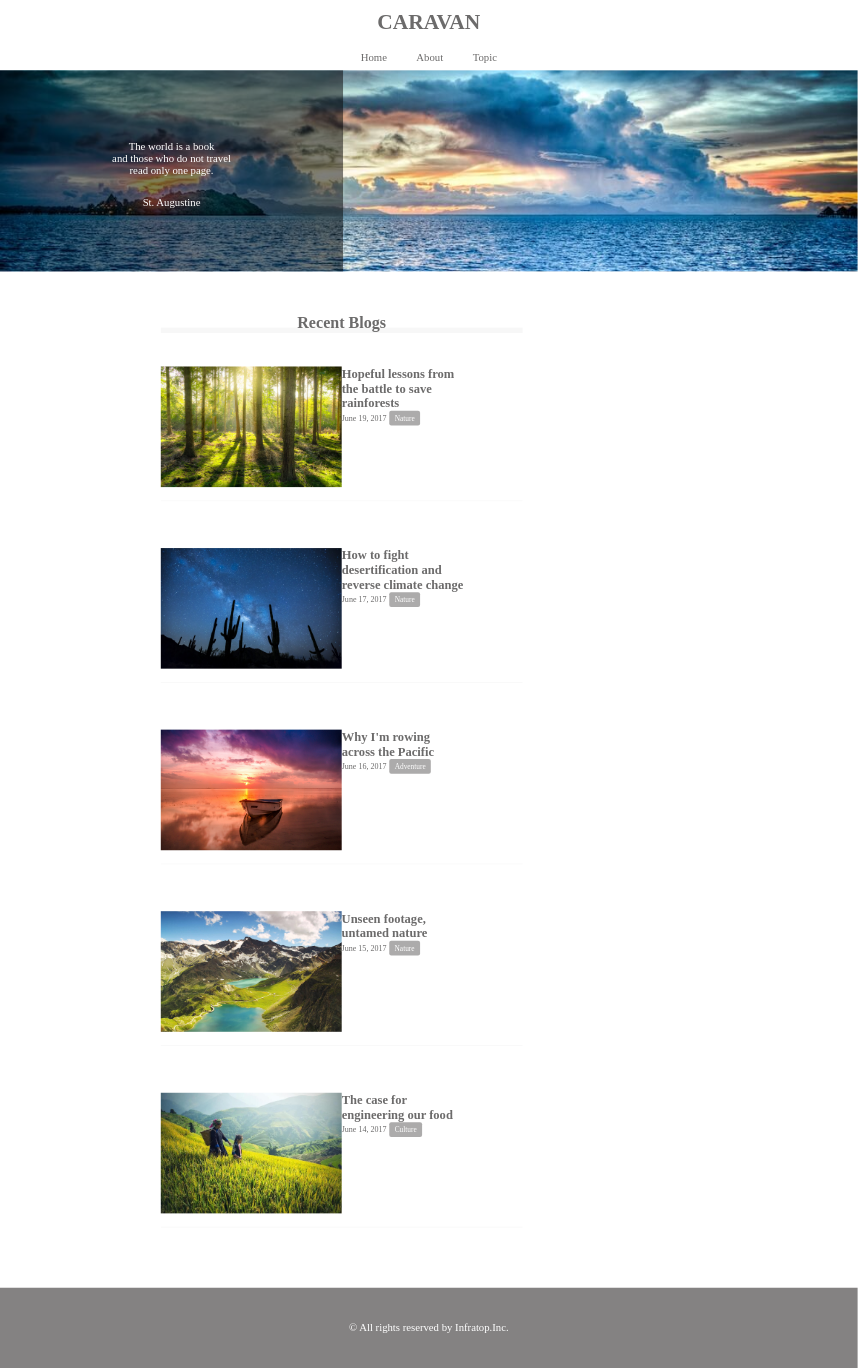
Repository: TKCitoh/html-5-
Page: html 7章/index.html
The author's editor kept a record of every edit. The page is drawn from the files as they stood at one moment, then again after the next edit.
The browser window is 1280 px wide. The pictures show the whole page, at 67% of full size.

Above is the page before.

### html 7章/index.html
<!DOCTYPE html>
<html lang="ja">
  <head>
    <meta charset="UTF-8" />
    <!-- CSSファイルの読み込み -->
    <link rel="stylesheet" href="style.css" />
    <title>CARAVAN</title>
  </head>

  <body>
    <!-- header -->
    <header>
      <h1 class="heading">
        <a href="index.html">
          CARAVAN
        </a>
      </h1>
    </header>

    <!-- navigation -->
    <nav>
      <ul class="nav-list">
        <li class="nav-list-item">
          <a href="index.html">Home</a>
        </li>
        <li class="nav-list-item">About</li>
        <li class="nav-list-item">Topic</li>
      </ul>
    </nav>

    <!-- main-visual用のdiv -->
    <div class="main-visual">
      <div class="main-visual-content">
        <p class="main-visual-text">
          The world is a book<br>
          and those who do not travel<br>
          read only one page.
        </p>
        <p class="main-visual-name">
          St. Augustine
        </p>
      </div>
    </div>

    <!-- main用のdiv -->
    <main>
      <section class="blog">

        <h2 class="blog-heading">Recent Blogs</h2>

        <div class="blog-box">

         <div class="blog-item">

          <img class="blog-image" src="img/forest.jpg">

          <section class="blog-text">

            <h3 class="blog-text-heading">

              <a href="single.html">
                Hopeful lessons from<br>
                the battle to save<br>
                rainforests
              </a>

            </h3>

            <p class="blog-date">June 19, 2017</p>

            <span class="category">Nature</span>

            </section>

            </div>

            </div>

              <div class="blog-item">
            <img class="blog-image" src="img/desert.jpg" />
            <section class="blog-text">
              <h3 class="blog-text-heading">
                <a href="single.html">
                  How to fight<br>
                  desertification and<br>
                  reverse climate change
                </a>
              </h3>
              <p class="blog-date">June 17, 2017</p>
              <span class="category">Nature</span>
            </section>
          </div>
          <div class="blog-item">
            <img class="blog-image" src="img/sunset.jpg" />
            <section class="blog-text">
              <h3 class="blog-text-heading">
                <a href="single.html">
                  Why I'm rowing<br>
                  across the Pacific
                </a>
              </h3>
              <p class="blog-date">June 16, 2017</p>
              <span class="category">Adventure</span>
            </section>
          </div>
          <div class="blog-item">
            <img class="blog-image" src="img/italy.jpg" />
            <section class="blog-text">
              <h3 class="blog-text-heading">
                <a href="single.html">
                  Unseen footage,<br>
                  untamed nature
                </a>
              </h3>
              <p class="blog-date">June 15, 2017</p>
              <span class="category">Nature</span>
            </section>
          </div>
          <div class="blog-item">
            <img class="blog-image" src="img/asia.jpg" />
            <section class="blog-text">
              <h3 class="blog-text-heading">
                <a href="single.html">
                  The case for<br>
                  engineering our food
                </a>
              </h3>
              <p class="blog-date">June 14, 2017</p>
              <span class="category">Culture</span>
            </section>
          </div>
        </div>

          </section>

      <div class="sidebar"></div>
    </main>

    <!-- footer -->
    <footer>
      <p class="footer-text">© All rights reserved by Infratop.Inc.</p>
    </footer>
  </body>
</html>

### html 7章/style.css
/* ブラウザがそれぞれ持っているCSSをリセットするための記述 */
* {
  margin: 0;
  padding: 0;
  box-sizing: border-box;
  color: #6c6b6b;
}

a {
  text-decoration: none;
}

header {
  width: 90%; /* 横幅90% */
  padding: 15px 0;
  margin: 0 auto;
  text-align: center;
}

header .heading {
  /* headerタグ内のheadingクラスにのみ反映される */
  font-size: 32px;
}

.nav-list {
  text-align: center;
  padding: 10px 0;
  margin: 0 auto;
}

.nav-list-item {
  list-style: none;
  display: inline-block;
  margin: 0 20px;
}

.main-visual {
  width: 100%; /* 横幅いっぱい */
  height: 300px; /* 高さ300px */
  background-image: url(img/mv.jpg);
  background-size: cover; /* 縦横比を維持したまま背景領域を埋め尽くす */
  background-position: center; /* 背景画像を中央に配置 */
}

.main-visual-content {
  width: 40%; /* 横幅40% */
  height: 300px; /* 親の高さに揃える */
  background-color: rgba(0, 0, 0, 0.5); /* 背景色を半透明の黒にする */
  text-align: center; /* 文字を中央揃えにする */
  padding-top: 105px; /* 上側の内側余白で垂直方向の位置を調整 */
}

.main-visual-text {
  color: #fff; /* 文字色を白に変更 */
}

.main-visual-name {
  margin-top: 30px; /* 上側の外側の余白 */
  color: #fff; /* 文字色を白に変更 */
}

main {
  width: 800px; /* 横幅800px */
  display: flex; /* Flexboxの利用 */
  justify-content: center; /* 要素の横並び・中央寄せ */
  margin: 0 auto; /* 要素の中央揃え */
  padding: 70px 0; /* 上下に70px、左右に0pxの内側余白 */
}

.blog {
  width: 540px;
  margin-right: 30px; /* 領域の右側余白 */
}

.blog-heading {
  border-bottom: 8px solid #f7f7f7;
  text-align: center;
  line-height: 0.6;
}

.blog-item {
  padding-bottom: 20px;
  margin-bottom: 20px;
  border-bottom: 1px solid #f7f7f7;
  display: flex;
  justify-content: flex-start;
  padding-top: 50px;
}

.blog-image {
  height: 180px;
}

.blog-date {
  font-size: 12px;
  display: inline-block;
}

.category {
  display: inline-block;
  padding: 5px 8px;
  background-color: #acabab;
  border-radius: 3px;
  color: #fff;
  font-size: 11px;
}

.sidebar {
  width: 230px;
}

footer {
  width: 100%;
  height: 120px;
  text-align: center;
  line-height: 120px;
  background-color: #848282;
}

.footer-text {
  color: #fff;
}

After the next edit:
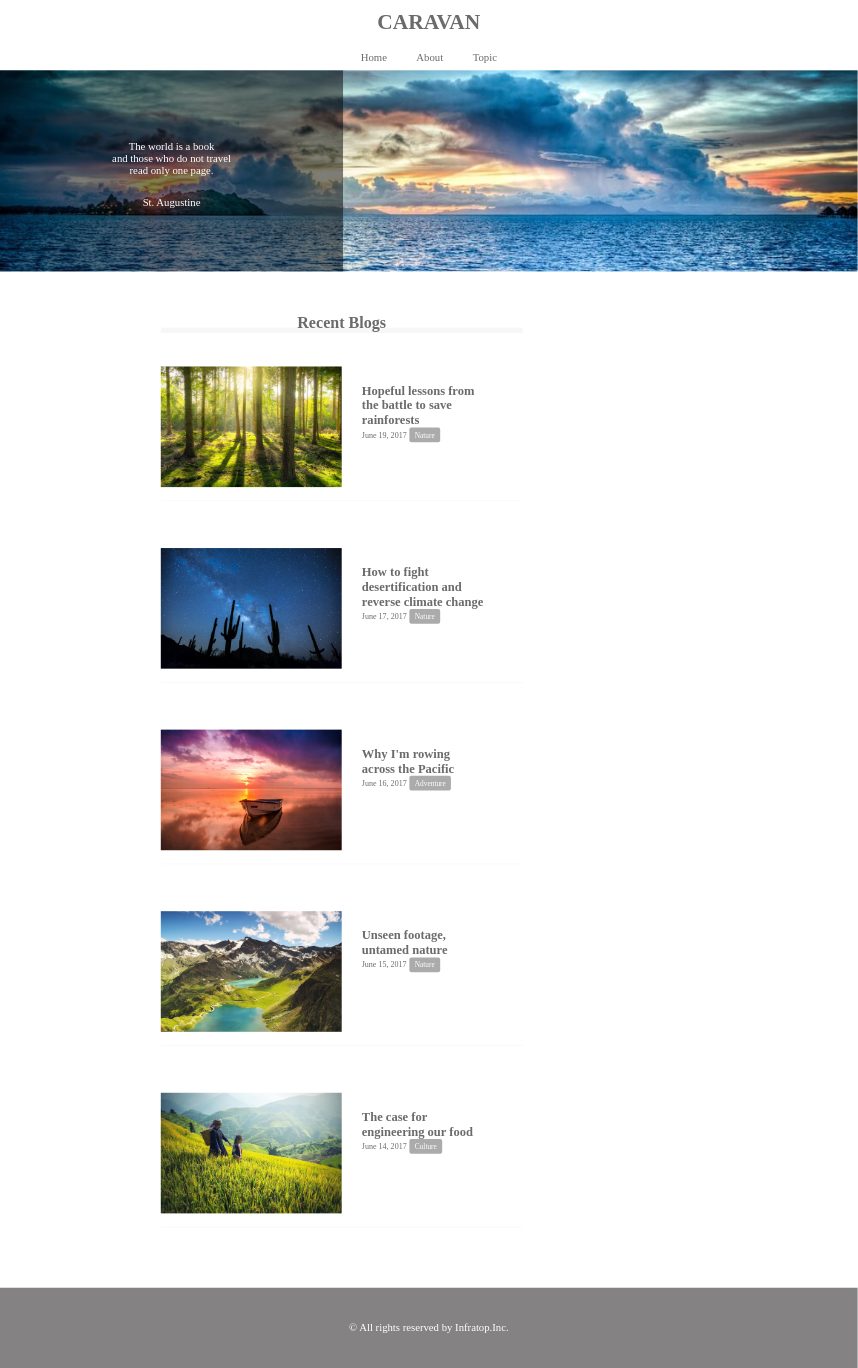
The edit:
--- a/html 7章/style.css
+++ b/html 7章/style.css
@@ -91,6 +91,11 @@
   height: 180px;
 }
 
+.blog-text {
+  padding-top: 25px;
+  padding-left: 30px;
+}
+
 .blog-date {
   font-size: 12px;
   display: inline-block;
